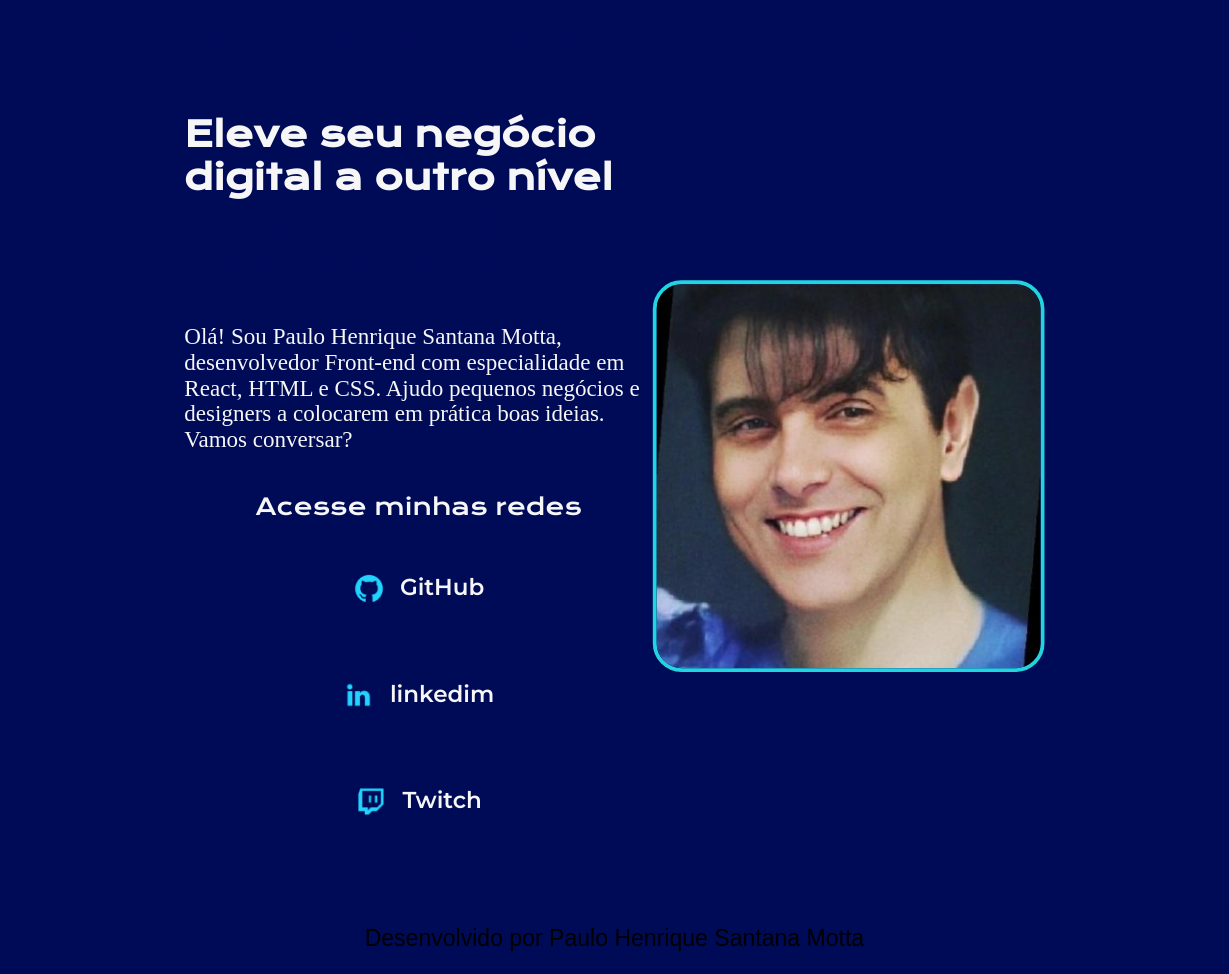
Repository: phsmottanerd/projeto-portfolio-alura
Page: index.html
These files come from the project's save history. The page is drawn as it stood at one moment and after the next save; the edit follows.
The browser window is 1280 px wide. The pictures show the whole page, at 96% of full size.

Above is the page before, as saved 2025-01-28 02:09:58.

### index.html
<!DOCTYPE html>
<html lang="pt-br">
  <head>
    <meta charset="UTF-8" />
    <meta http-equiv="X-UA-Compatible" content="IE=edge" />
    <meta name="viewport" content="width=device-width, initial-scale=1.0" />
    <title>Portifolio</title>
    <link rel="stylesheet" href="./estilos/style.css" />
  </head>

  <body>
    <header class="cabecalho">
      <nav class="cabecalho__menu">
        <a class="cabecalho__menu__link" href="index.html">Home</a>
        <a class="cabecalho__menu__link" href="about.html">Sobre Nós</a>
        <a class="cabecalho__menu__link">Currículo</a>
      </nav>
    </header>
    <main class="apresentacao">
      <section class="apresentacao__conteudo">
        <h1 class="apresentacao__conteudo__titulo">
          Eleve seu negócio digital a outro  nível
          <strong class="titulo-destaque"
            >com um Front-end de qualidade!
          </strong>
        </h1>
        <p class="apresentacao__conteudo__texto">
          Olá! Sou Paulo Henrique Santana Motta, desenvolvedor Front-end com especialidade em
          React, HTML e CSS. Ajudo pequenos negócios e designers a colocarem em
          prática boas ideias. Vamos conversar?
        </p>
        <div class="apresentacao__links">
          <h2 class="apresentacao__links__subtitulo">Acesse minhas redes</h2>
          <a
            class="apresentacao__links__link"
            href="https://github.com/phsmottanerd"
          >
            <img src="./img/github.png" />
            GitHub
          </a>
          <a
            class="apresentacao__links__link"
            href="https://linkedim.com/phsmottanerd"
          >
            <img src="./img/linkedin.png" />
            linkedim
          </a>
          <a class="apresentacao__links__link" href="https://.com/phsmottanerd">
            <img src="./img/twitch.png" />
            Twitch
          </a>
        </div>
      </section>
      <img class="img-foto" src="./img/1722867171561.jpg" alt="Paulo Henrique Santana Motta  programandor" />
    </main>
    <footer class="rodape">
      <p>Desenvolvido por Paulo Henrique Santana Motta</p>
    </footer>
  </body>
</html>

### estilos/style.css
@import url("https://fonts.googleapis.com/css2?family=Krona+One&family=Montserrat:wght@400;600&display=swap");

:root {
  --cor-primaria: #000B58;
  --cor-secundaria: #f6f6f6;
  --cor-terciaria:#000B58;
  --cor-hover: #FF6500;

  --font-primaria: "Krona One", sans-serif;
   --font-secundaria:"Montserrat", sans-serif;


}

* {
  margin: 0;
  padding: 0;
}

body {
  box-sizing: border-box;
  background-color: var(--cor-primaria);
  color: var(--cor-secundaria);
}
.cabecalho {
  padding: 2% 0% 0% 15%;
}
.cabecalho__menu {
  display: flex;
  gap: 80px;
}

.cabecalho__menu__link {
  font-family: var(----font-secundaria);
  font-size: 24px;
  font-weight: 600;
  color: var(--cor-terciaria);
  text-decoration: none;
}

.titulo-destaque {
  color: var(--cor-terciaria);
}

.apresentacao {
  padding: 5% 15%;
  display: flex;
  align-items: center;
  justify-content: space-between;
}
.apresentacao__conteudo {
  width: 615px;
  display: flex;
  flex-direction: column;
  gap: 40px;
}

.apresentacao__conteudo__titulo {
  font-size: 36px;
  font-family: var(--font-primaria);
}

.apresentacao__conteudo__texto {
  font-size: 24px;
  font-family: var(----font-secundaria);
}

.apresentacao__links {
  display: flex;
  flex-direction: column;
  justify-content: space-between;
  align-items: center;
  gap: 32px;
}
.apresentacao__links__subtitulo {
  font-family: "Krona One", sans-serif;
  font-weight: 400;
  font-size: 24px;
}
.apresentacao__links__link {
  /* background-color: #22D4FD; */
  justify-content: center;
  gap: 16px;
  display: flex;
  border: 2px solid var(--cor-terciaria);
  width: 378px;
  text-align: center;
  border-radius: 8px;
  font-size: 24px;
  font-weight: 600;
  padding: 21.5px 0;
  text-decoration: none;
  color: #f6f6f6;
  font-family: "Montserrat", sans-serif;
}
.apresentacao__links__link:hover {
  background-color: var(--cor-hover);
}
.rodape {
  padding: 24px;
  color: #000;
  background-color: var(--cor-terciaria);
  text-align: center;
  font-family: "Montsearrat", sans-serif;
  font-size: 24px;
  font-weight: 400;
}
.img-foto {
  border-radius: 30px;
  border: 4px solid #22d4Df;
  width: 500px;
  heighit: 500px;
}

After the next save:
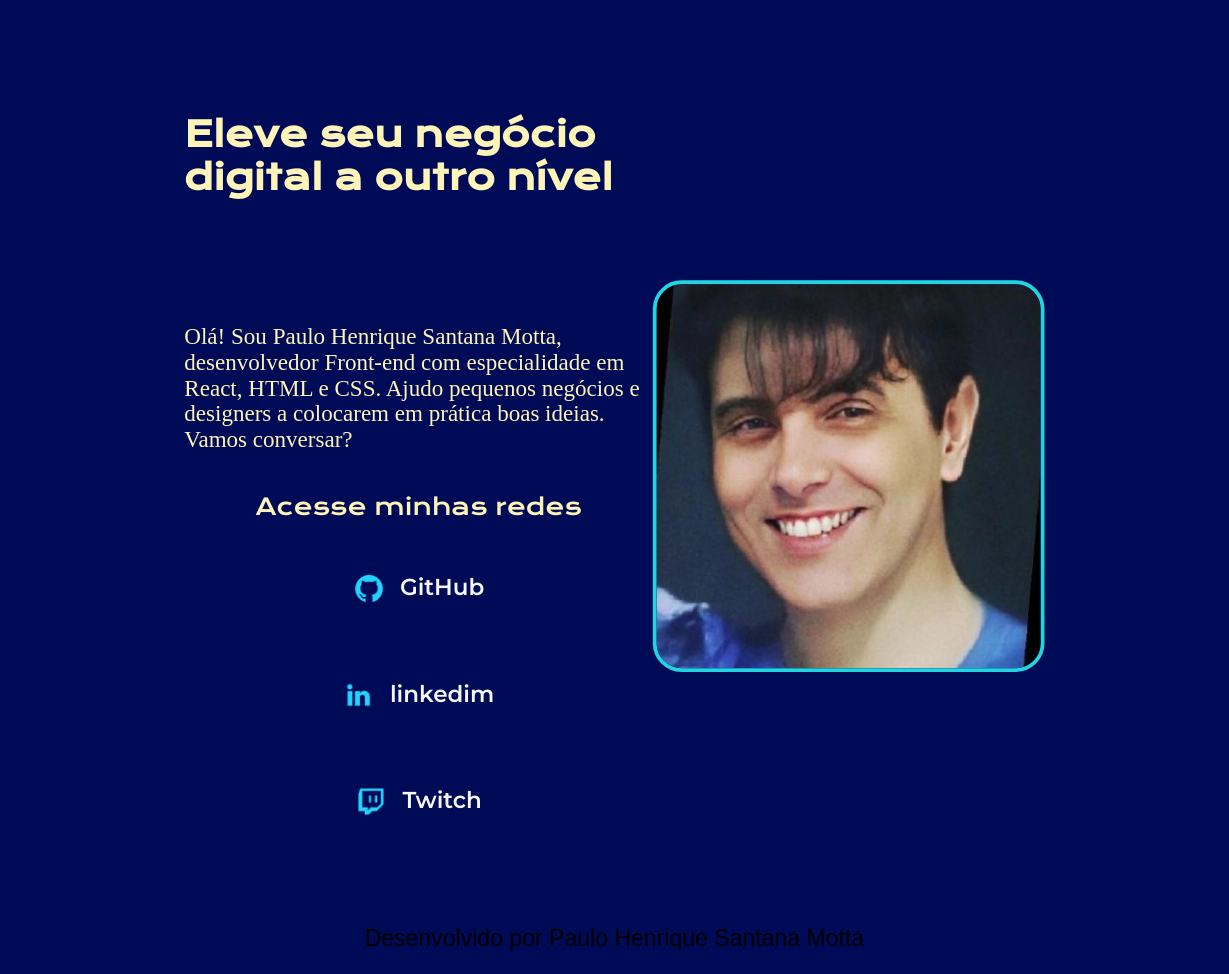
Saved 43 s later.
--- a/estilos/style.css
+++ b/estilos/style.css
@@ -2,7 +2,7 @@
 
 :root {
   --cor-primaria: #000B58;
-  --cor-secundaria: #f6f6f6;
+  --cor-secundaria: #FFF4B7;
   --cor-terciaria:#000B58;
   --cor-hover: #FF6500;
 
